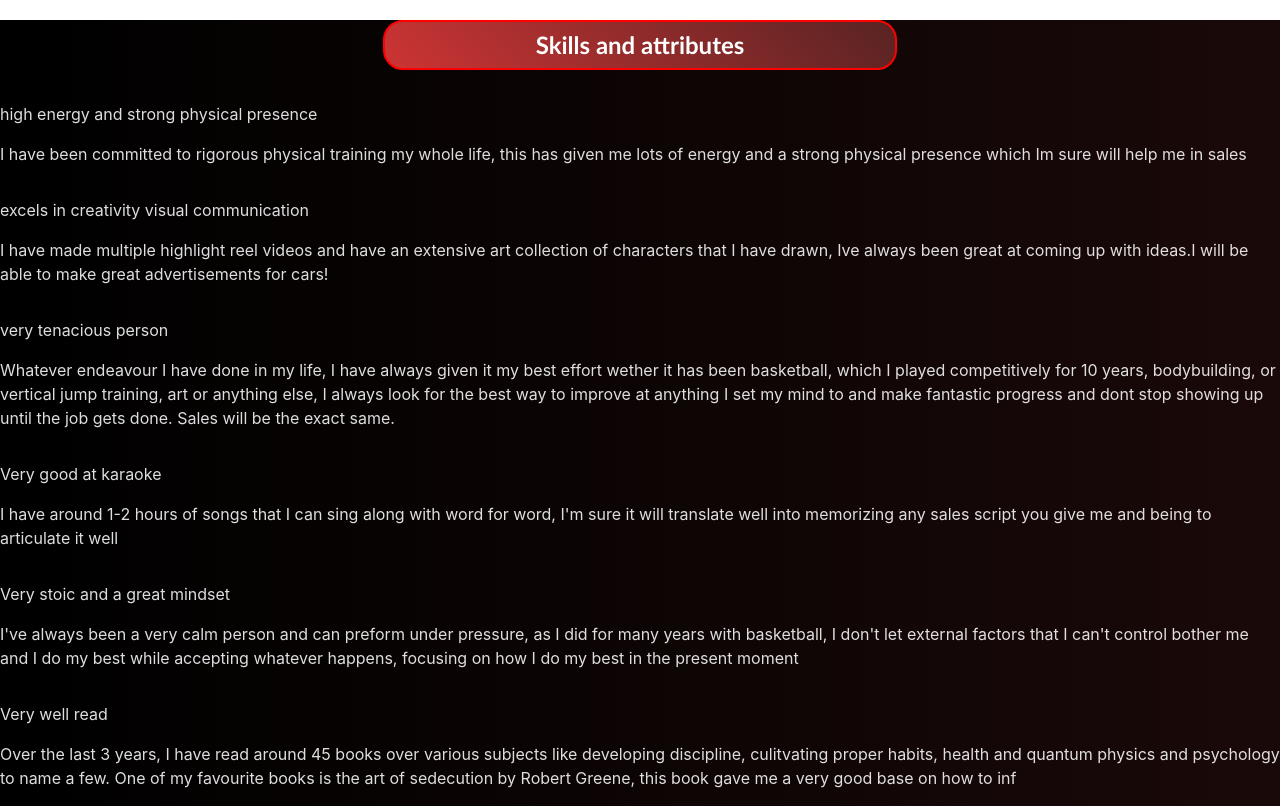
Repository: TMuse333/resume1
Page: /
These files come from the project's save history. The page is drawn as it stood at one moment and after the next save; the edit follows.
The browser window is 1280 px wide. The pictures show the whole page.
The project was rebuilt for these pictures with package versions that can differ from the ones it lists, and the page was loaded fresh each time. Also part of the build but not shown: vite.config.js, src/components/navbar.jsx, src/components/about.jsx, src/components/contact.jsx, src/components/footer.jsx, src/components/experience.jsx, src/components/carousel.jsx, src/components/experienceCarousel.jsx and 4 more. Imported but missing from the stored project, and not drawn on this page: src/images/best_dunk.mp4.

Above is the page before, as saved 2023-10-18 15:07:42.

After the next save:
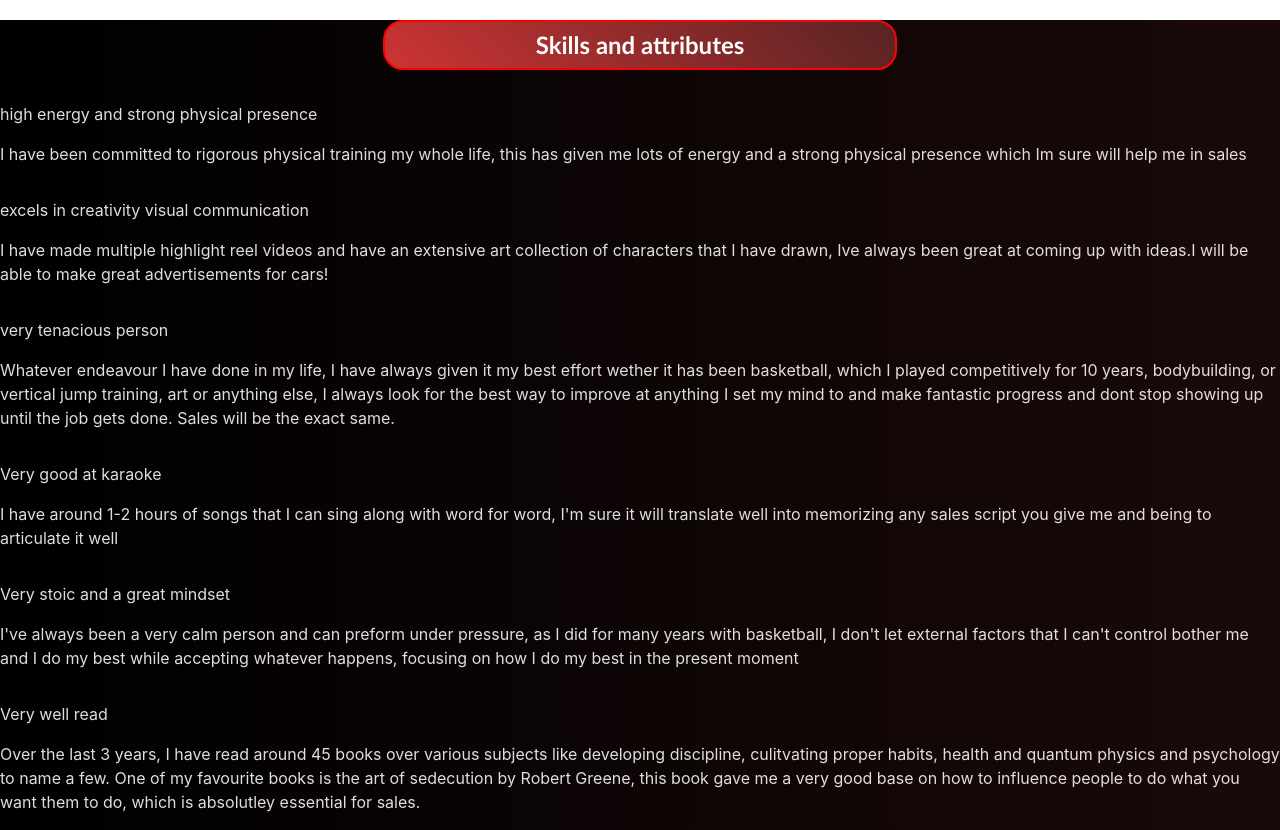
Saved 22 s later.
--- a/src/components/skillDesc.js
+++ b/src/components/skillDesc.js
@@ -247,7 +247,7 @@ export const attributes = [
     description:'Over the last 3 years, I have read around 45 books over various subjects like developing discipline, culitvating proper habits, '
     +'health and quantum physics and psychology to name a few. One of my favourite books '+
     'is the art of sedecution by Robert Greene, this book gave me a very good base on how to '+
-    'inf'
+    'influence people to do what you want them to do, which is absolutley essential for sales.'
   }
 
 ]
